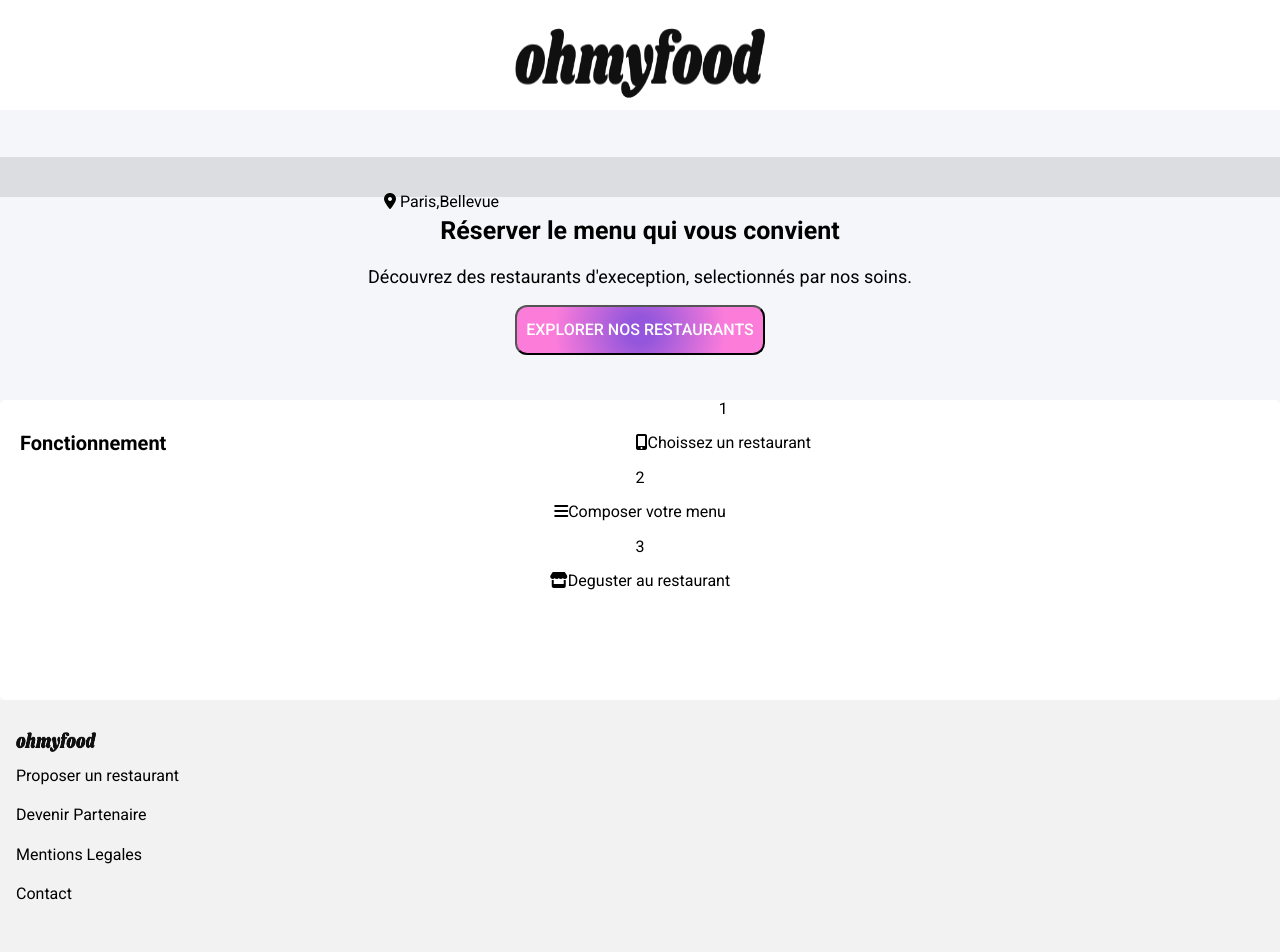
Repository: ultraasedev/ohmyfood
Page: index.html
These files come from the project's save history. The page is drawn as it stood at one moment and after the next save; the edit follows.
The browser window is 1280 px wide. The pictures show the whole page.
Some web fonts or font styles are not loaded; a fallback is used. Some web libraries are served in a nearby version.

Above is the page before, as saved 2022-10-27 16:36:10.

After the next save:
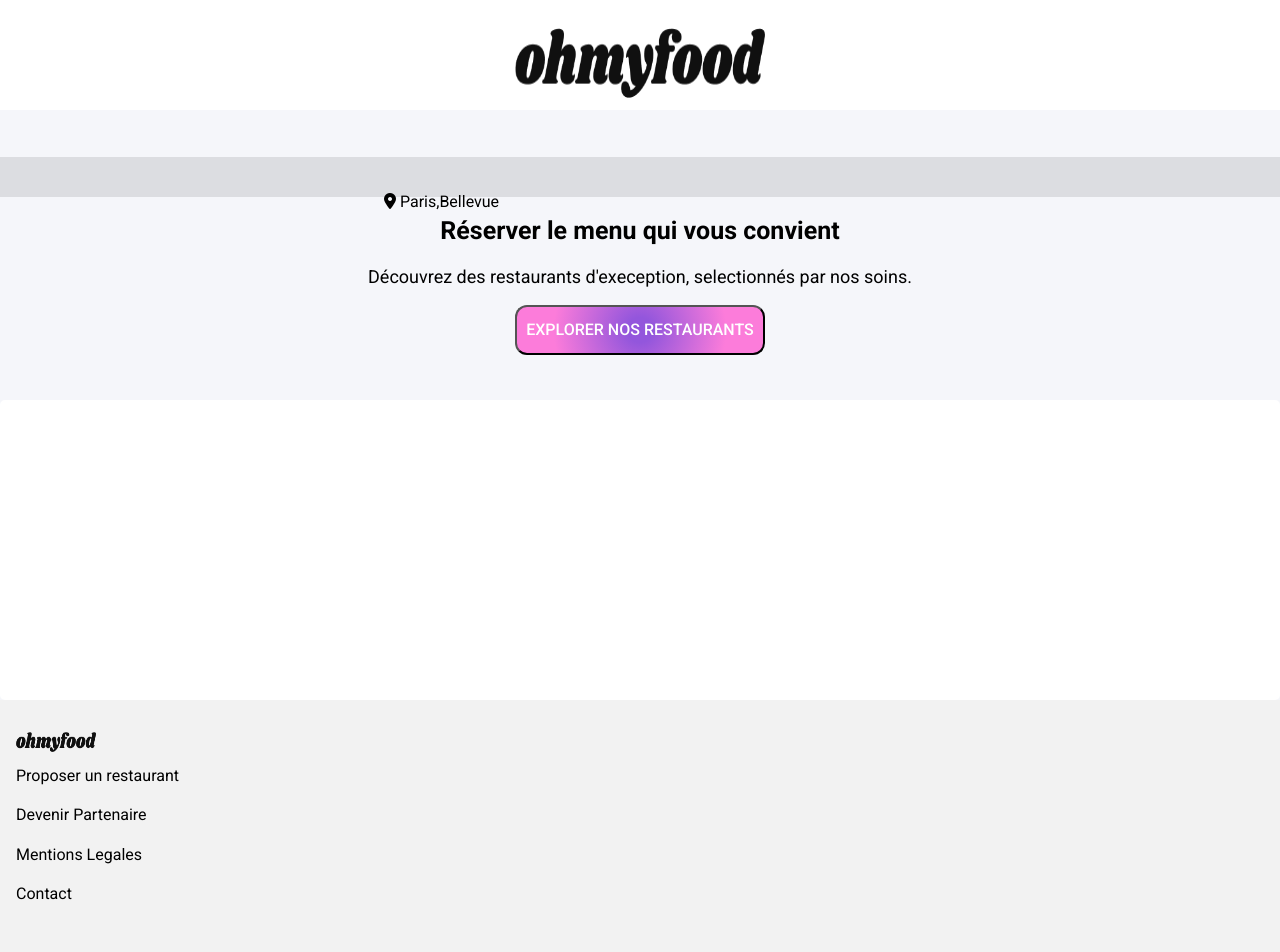
Saved 41 s later.
--- a/index.html
+++ b/index.html
@@ -61,22 +61,6 @@
 <!--Fonctionnement-->
 <section class="cont-fonc">
 
-  <div class="ctn-filtres">
-    <h3 class="sec-tl">Fonctionnement</h3>
-    <div class="ctn-filtres">
-      <div class="circnumb">1</div>
-      <p><i class="fa-solid fa-mobile-screen-button"></i>Choissez un restaurant</p>
-    </div>
-
-    <div class="ctn-filtres">
-      <div class="circnumb">2</div>
-      <p><i class="fa-sharp fa-solid fa-bars"></i>Composer votre menu</p>
-    </div>
-
-    <div class="ctn-filtres">
-      <div class="circnumb">3</div>
-      <p><i class="fa-solid fa-store"></i></i>Deguster au restaurant</p>
-    </div>
 
 </section>
 
